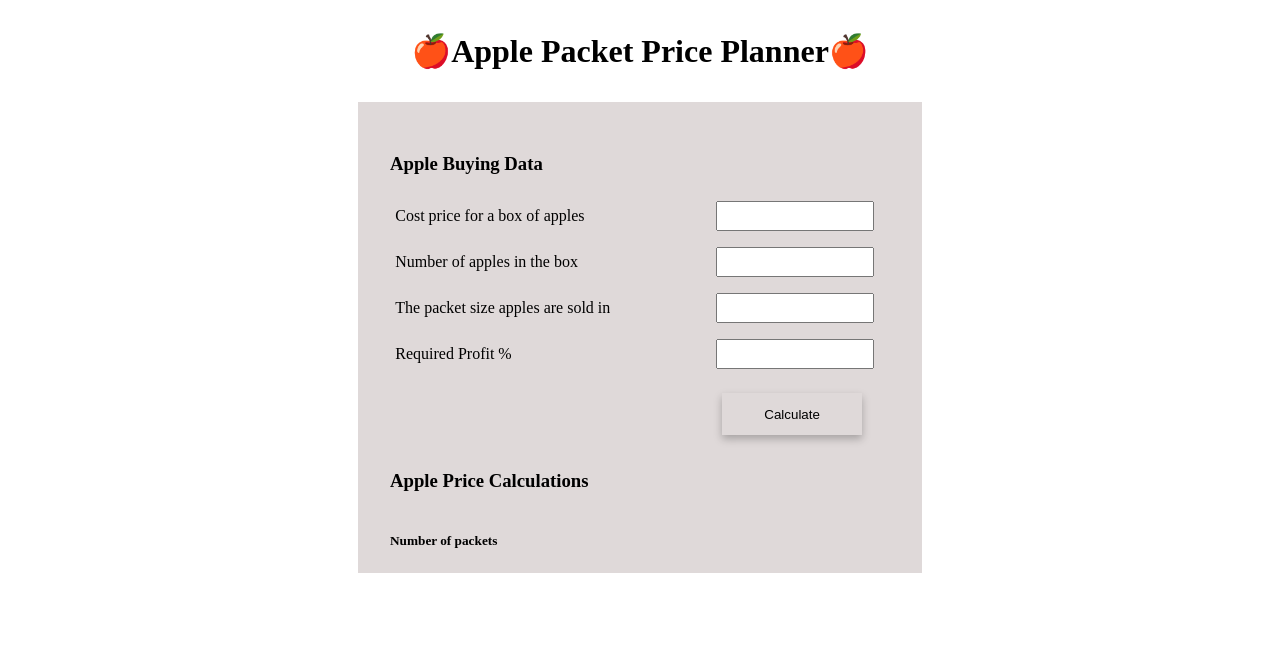
Repository: lasity34/apple-packet-price-planner
Page: index.html
These files come from the project's save history. The page is drawn as it stood at one moment and after the next save; the edit follows.
The browser window is 1280 px wide. The pictures show the whole page.

Above is the page before, as saved 2023-05-29 12:21:13.

### index.html
<!DOCTYPE html>
<html lang="en">
  <head>
    <meta charset="UTF-8" />
    <meta http-equiv="X-UA-Compatible" content="IE=edge" />
    <meta name="viewport" content="width=device-width, initial-scale=1.0" />
    <title>Apple Packet Price Planner</title>
    <link href="./style.css" rel="stylesheet" />
  </head>
  <body>
    <h1>🍎Apple Packet Price Planner🍎</h1>
    <main>
      <h3>Apple Buying Data</h3>
      <div class="data_input">
      <section class="input_section">
        <div class="input_container">
          <label for="apple_price">Cost price for a box of apples</label><br />
          <input
            type="number"
            id="apple_price"
            name="apple_price"
            required
          /><br />
        </div>
      </section>
      <section class="input_section">
        <div class="input_container">
          <label for="apple_num">Number of apples in the box</label><br />
          <input type="number" id="apple_num" name="apple_num" required /><br />
        </div>
      </section>
      <section class="input_section">
        <div class="input_container">
          <label for="packet_size">The packet size apples are sold in</label><br />
          <input type="number" id="packet_size" name="packet_size" required /><br />
        </div>
      </section>
      <section class="input_section">
        <div class="input_container">
          <label for="profit_required">Required Profit %</label><br />
          <input type="number" id="profit_required" name="profit_required" required /><br />
        </div>
      </section>
      <div class="btn_container">
        <div></div>
        <button class="calculate_btn">Calculate</button>
      </div>
    </div>
   <section class="data_display">
    <h3>Apple Price Calculations</h3>
    <div class="data_container">
      <h5>Number of packets</h5>
      <h5 class="packets_display"></h5>
    </div>
   </section>
    </main>
  </body>
  <script src="./apple-factory.js"></script>
  <script src="./apple-dom.js"></script>
</html>

### style.css

h1 {
    text-align: center;
    margin: 1em;
}

main {
    background-color: rgb(223, 217, 217);
    margin: 0 auto;
    padding: 2em;
    width: 70%;
    max-width: 500px;
}

.input_section {
    padding: 0.5em 0;
}

.input_container {
    display: flex;
    justify-content: space-around;
    height: 30px;
}

.input_container input {
    width: 30%;
}

.input_container label {
    width: 60%;
   align-self: center;
}

.btn_container {
    display: flex;
    justify-content: space-around;
    padding: 1em;

}

.btn_container div {
    width: 60%;
}

.calculate_btn {
    background-color: rgb(223, 217, 217);
    width: 30%;
    padding: 1em;
    border: none;
    box-shadow: 0px 4px 8px rgba(0, 0, 0, 0.25);
}

.data_container {
    display: flex;
    justify-content: space-between;
    width: 95%;
    height: 30px;
}

.data_container h5:nth-of-type(2) {
    width: 32%;

    background-color: rgb(172, 169, 186);
}

### apple-factory.js


function apple_factory(price, num, size, profit) {

    let apple_cost_price = price || 0;
    let num_apples = num || 0;
    let packet_size = size || 0;
    let profit_required = profit || 0;

    function apple_price(price) {
        apple_cost_price = price
    }

     function apple_count(num) {
        num_apples = num
     }

     function apple_size(packet) {
        packet_size = packet
     }

     function profit_input(input) {
        profit_required = input
     }

    function apples_price_length() {
        return apple_cost_price
    }

    function apple_count_length() {
        return num_apples
    }

    function apple_size_length() {
        return packet_size
    }

    function profit_required_length() {
        return profit_required
    }

    function number_of_packets() {
        const num_packets = Math.floor( num_apples / packet_size)
        return num_packets
    }

    return {
        apple_price,
        apples_price_length,
        apple_count,
        apple_count_length,
        apple_size,
        apple_size_length,
        profit_input,
        profit_required_length,
        number_of_packets


    }
}

### apple-dom.js
const calculate_btn = document.querySelector(".calculate_btn");
const apple_cost_input = document.getElementById("apple_price").value;
const apple_num_input = document.getElementById("apple_num").value;
const packet_size_input = document.getElementById("packet_size").value;
const profit_required_input = document.getElementById("profit_required").value;




const apple_fact = apple_factory(apple_cost_input, apple_num_input, packet_size_input, profit_required_input);

function apple_dom() {



}

calculate_btn.addEventListener("click", apple_dom);

After the next save:
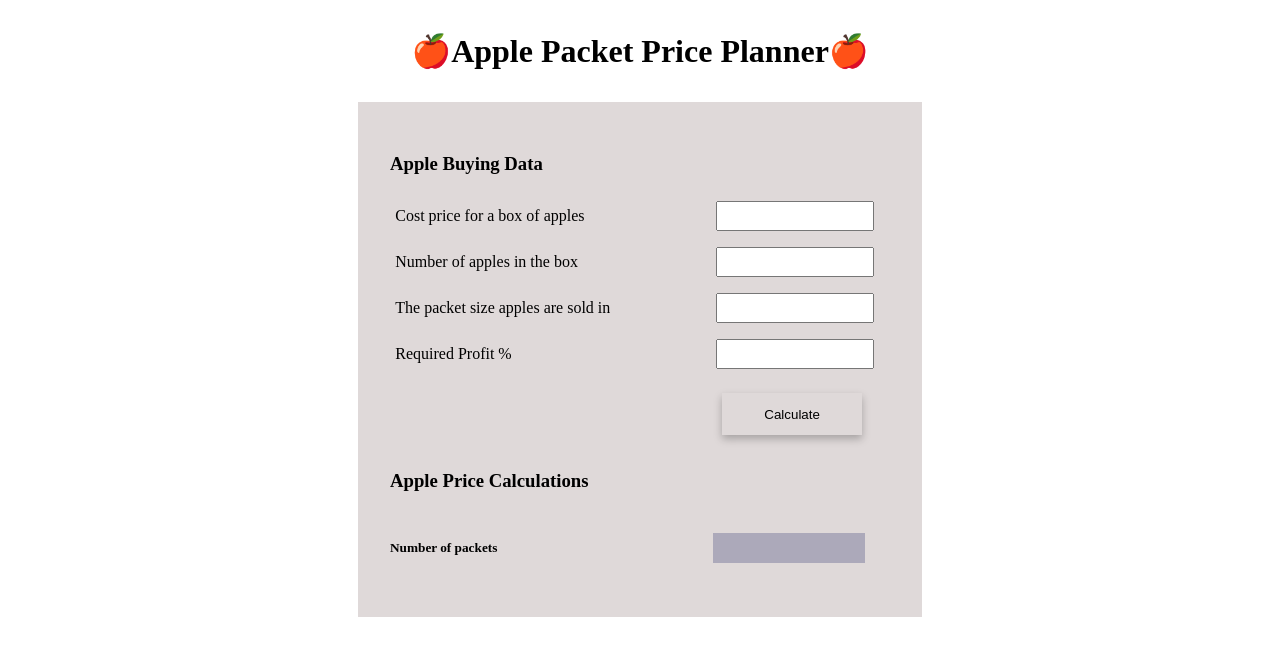
Saved 76 min 39 s later.
--- a/style.css
+++ b/style.css
@@ -54,11 +54,15 @@ main {
     display: flex;
     justify-content: space-between;
     width: 95%;
-    height: 30px;
+
+}
+
+.data_container h5:nth-of-type(1) {
+    align-self: center;
 }
 
 .data_container h5:nth-of-type(2) {
     width: 32%;
-
+    height: 30px;
     background-color: rgb(172, 169, 186);
 }
